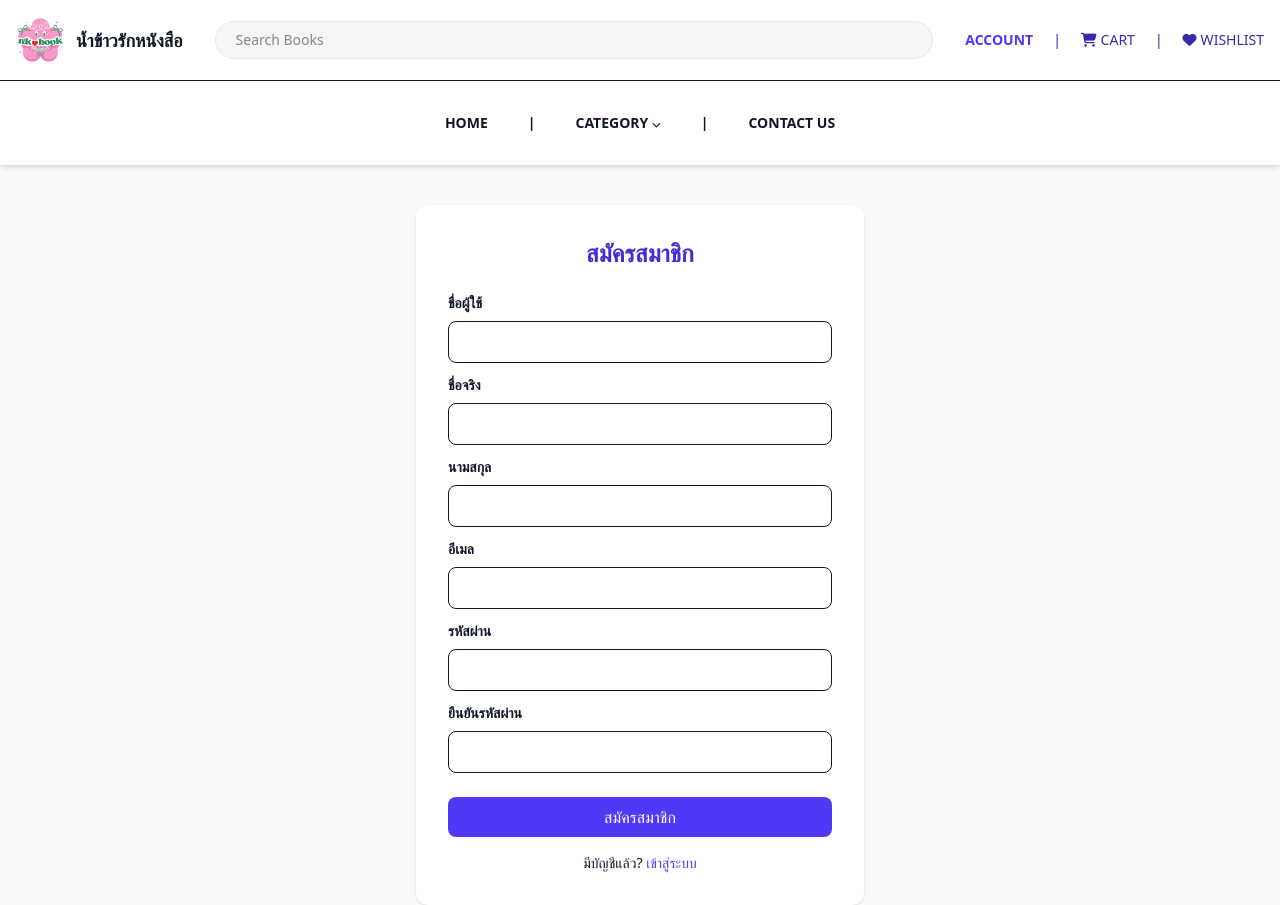
Repository: buratsakon0/NKLoveBook
Page: http://localhost/register
An editor plug-in stored every save of this project. The page is shown before and after the next save, followed by the edit.
The browser window is 1280 px wide. The pictures show the whole page.
The page is served by the project's Laravel application, run on PHP 8.4 with Laravel 12. Style sheets and scripts are compiled from the project's sources, by tool versions that may differ from the author's. Queries for data that is not in the repository find no rows.

Above is the page before, as saved 2025-10-26 15:08:46.

After the next save:
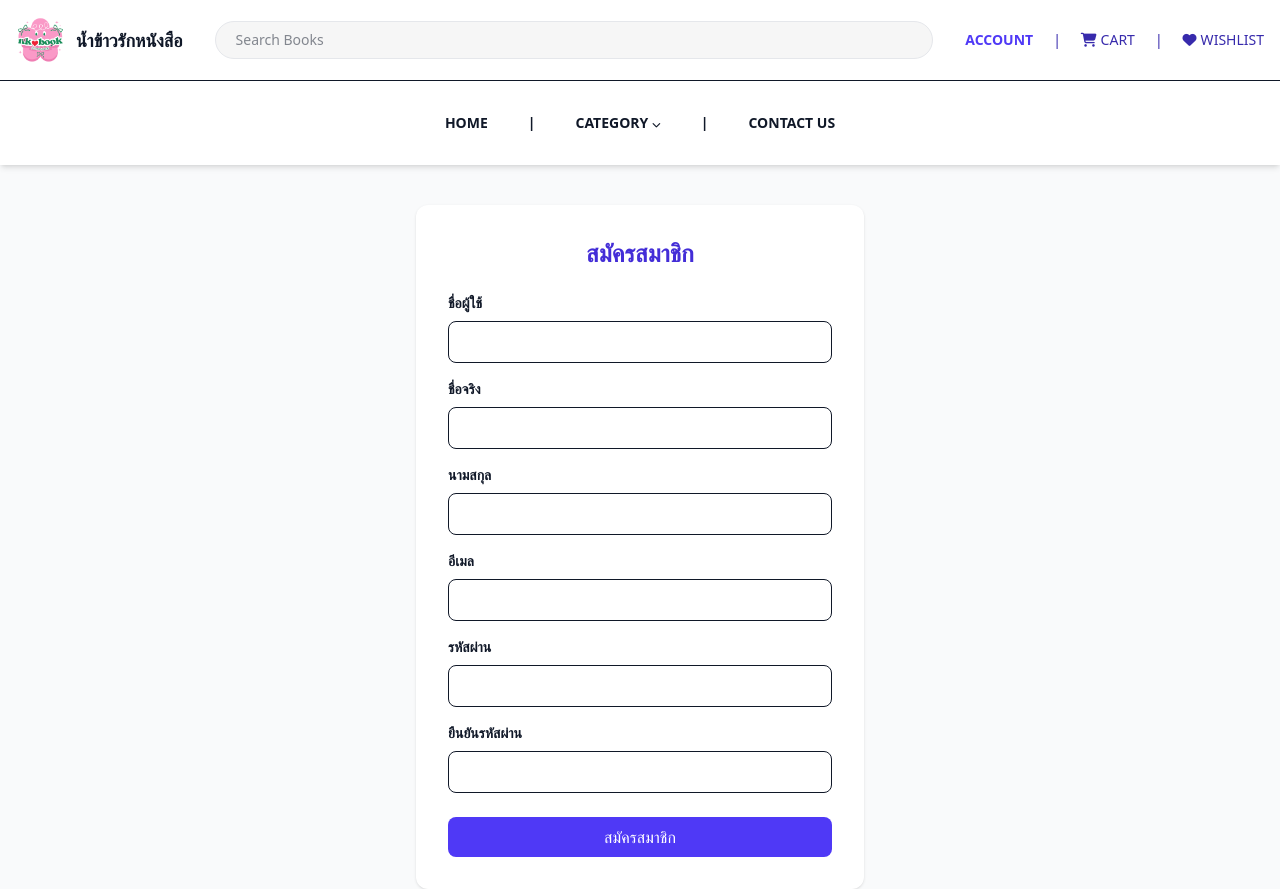
Saved 25 s later.
--- a/resources/views/auth/register.blade.php
+++ b/resources/views/auth/register.blade.php
@@ -4,38 +4,53 @@
 <div class="max-w-md mx-auto mt-10 bg-white p-8 rounded-xl shadow">
     <h2 class="text-center text-2xl font-bold text-indigo-700 mb-6">สมัครสมาชิก</h2>
 
+    {{-- ✅ ส่วนแสดงข้อความเตือน --}}
+    @if ($errors->any())
+        <div class="bg-red-100 border border-red-400 text-red-700 px-4 py-3 rounded-lg mb-6">
+            <ul class="list-disc list-inside">
+                @foreach ($errors->all() as $error)
+                    <li>{{ $error }}</li>
+                @endforeach
+            </ul>
+        </div>
+    @endif
+
     <form method="POST" action="{{ route('register') }}">
         @csrf
-        <div class="mb-3">
+
+        <div class="mb-4">
             <label class="block text-sm font-semibold mb-2">ชื่อผู้ใช้</label>
-            <input type="text" name="Username" class="w-full border rounded-lg px-3 py-2" required>
+            <input type="text" name="Username" value="{{ old('Username') }}" class="w-full border rounded-lg px-3 py-2">
         </div>
-        <div class="mb-3">
+
+        <div class="mb-4">
             <label class="block text-sm font-semibold mb-2">ชื่อจริง</label>
-            <input type="text" name="Fname" class="w-full border rounded-lg px-3 py-2" required>
+            <input type="text" name="Fname" value="{{ old('Fname') }}" class="w-full border rounded-lg px-3 py-2">
         </div>
-        <div class="mb-3">
+
+        <div class="mb-4">
             <label class="block text-sm font-semibold mb-2">นามสกุล</label>
-            <input type="text" name="Lname" class="w-full border rounded-lg px-3 py-2" required>
+            <input type="text" name="Lname" value="{{ old('Lname') }}" class="w-full border rounded-lg px-3 py-2">
         </div>
-        <div class="mb-3">
+
+        <div class="mb-4">
             <label class="block text-sm font-semibold mb-2">อีเมล</label>
-            <input type="email" name="Email" class="w-full border rounded-lg px-3 py-2" required>
+            <input type="email" name="Email" value="{{ old('Email') }}" class="w-full border rounded-lg px-3 py-2">
         </div>
-        <div class="mb-3">
+
+        <div class="mb-4">
             <label class="block text-sm font-semibold mb-2">รหัสผ่าน</label>
-            <input type="password" name="Password" class="w-full border rounded-lg px-3 py-2" required>
+            <input type="password" name="Password" class="w-full border rounded-lg px-3 py-2">
         </div>
+
         <div class="mb-6">
             <label class="block text-sm font-semibold mb-2">ยืนยันรหัสผ่าน</label>
-            <input type="password" name="Password_confirmation" class="w-full border rounded-lg px-3 py-2" required>
+            <input type="password" name="Password_confirmation" class="w-full border rounded-lg px-3 py-2">
         </div>
 
-        <button class="w-full bg-indigo-600 text-white py-2 rounded-lg hover:bg-indigo-700">สมัครสมาชิก</button>
+        <button type="submit" class="w-full bg-indigo-600 text-white py-2 rounded-lg hover:bg-indigo-700">
+            สมัครสมาชิก
+        </button>
     </form>
-
-    <p class="text-center mt-4 text-sm">มีบัญชีแล้ว?
-        <a href="{{ route('login') }}" class="text-indigo-600 hover:underline">เข้าสู่ระบบ</a>
-    </p>
 </div>
 @endsection
